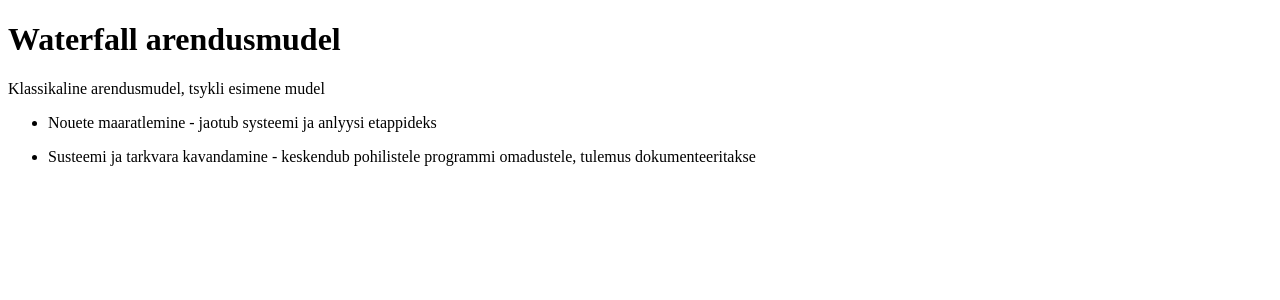
Repository: annemariv/Targe24
Page: elutsykkel/waterfall.html
The author's editor kept a copy of each file at every save. The page is drawn from the files as they stood at one save, then again after the next save.
The browser window is 1280 px wide. The pictures show the whole page.

Above is the page before, as saved 2024-11-06 18:42:40.

### elutsykkel/waterfall.html
<!DOCTYPE html>
<html lang="en">
<head>
    <meta charset="UTF-8">
    <meta name="viewport" content="width=device-width, initial-scale=1.0">
    <title>Waterfall arendusmudel</title>
</head>
<body>
    <p>
        <!--pealkiri-->
        <!--kirjeldus oma sonadega-->
        <!--etappide tapsem kirjeldus-->
        <!--visuaalne joonis-->
        <!--tabel, mis loetleb head ja vead ()-->
    </p>
    <h1>Waterfall arendusmudel</h1>
    <p>Klassikaline arendusmudel, tsykli esimene mudel</p>
    <ul>
        <li>
            <p>Nouete maaratlemine - jaotub systeemi ja anlyysi etappideks</p>
        </li>
        <li>
            <p>Susteemi ja tarkvara kavandamine - keskendub pohilistele programmi omadustele, tulemus dokumenteeritakse</p>
        </li>
    </ul>
</body>
</html>

After the next save:
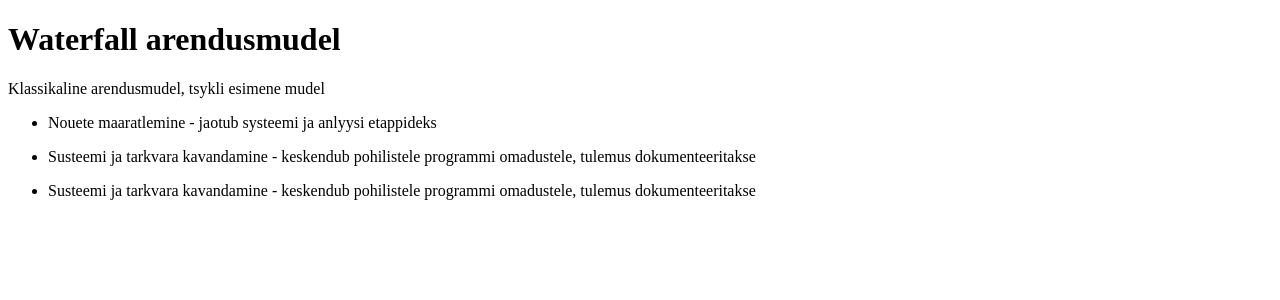
Saved 8 s later.
--- a/elutsykkel/waterfall.html
+++ b/elutsykkel/waterfall.html
@@ -22,6 +22,9 @@
         <li>
             <p>Susteemi ja tarkvara kavandamine - keskendub pohilistele programmi omadustele, tulemus dokumenteeritakse</p>
         </li>
+        <li>
+            <p>Susteemi ja tarkvara kavandamine - keskendub pohilistele programmi omadustele, tulemus dokumenteeritakse</p>
+        </li>
     </ul>
 </body>
 </html>
